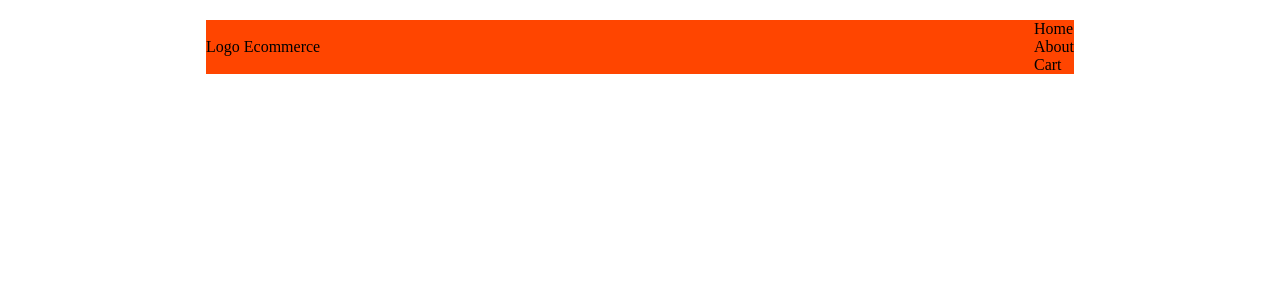
Repository: SD-Mdouka/ecommerce
Page: /
An editor plug-in stored every save of this project. The page is shown before and after the next save, followed by the edit.
The browser window is 1280 px wide. The pictures show the whole page.
Some web fonts or font styles are not loaded; a fallback is used. The project was rebuilt for these pictures with package versions that can differ from the ones it lists, and the page was loaded fresh each time. The framework's server and built-in components were replaced by stand-ins that run in the browser. Also part of the build but not shown: next.config.js.

Above is the page before, as saved 2022-08-19 23:38:55.

After the next save:
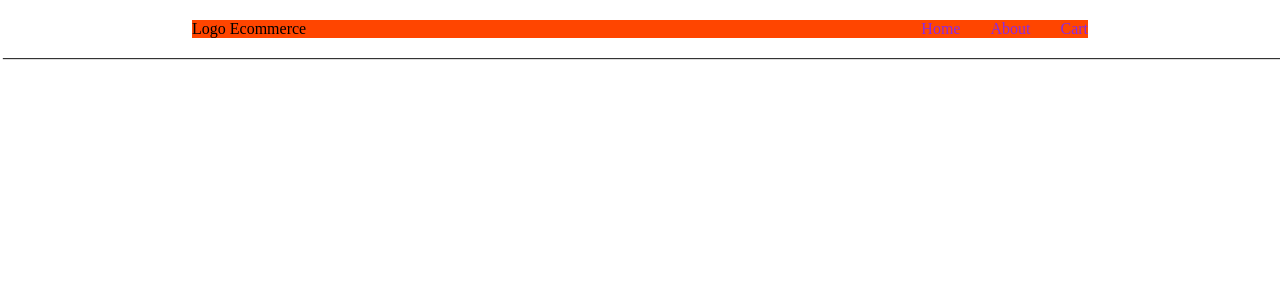
Saved 3 min 17 s later.
--- a/styles/Navbar.module.css
+++ b/styles/Navbar.module.css
@@ -1,5 +1,6 @@
 .navbar {
-    margin: 20px;
+    padding: 20px 0;
+    box-shadow: 3px 1px 1px #333;
 }
 
 .navbar .container {
@@ -7,3 +8,19 @@
     justify-content: space-between;
     align-items: center;
 }
+
+.container ul {
+    display: flex;
+}
+
+.container ul li {
+    margin-left: 30px;
+}
+
+.container ul li a {
+    color: blueviolet;
+}
+
+.logo {
+    font-size: 2rem;
+}
